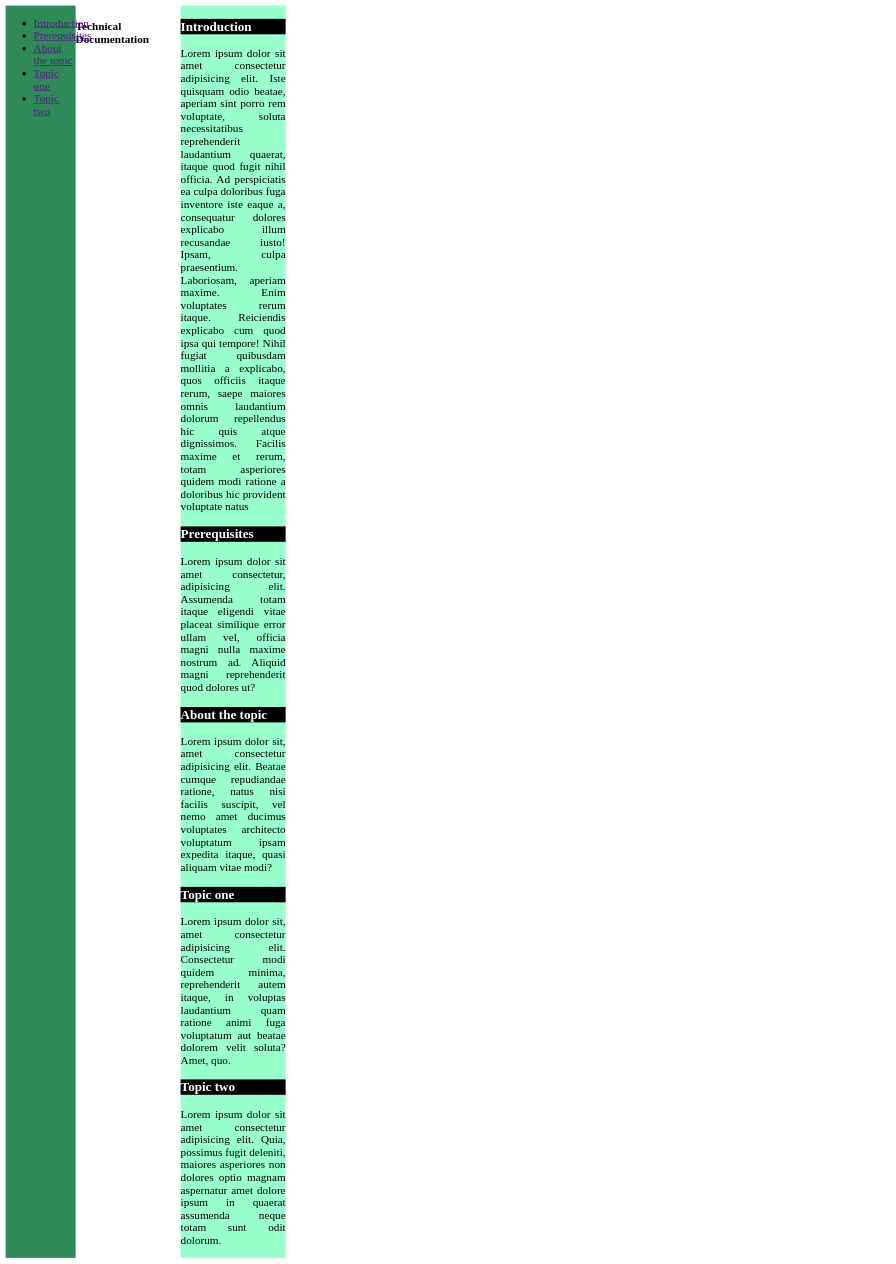
Repository: JoaoLemesDEV/Excercise-Tech-Documentation-Page
Page: index.html
These files come from the project's save history. The page is drawn as it stood at one moment and after a run of saves; the edit follows.
The browser window is 1280 px wide. The pictures show the part of the page from y = 0 to 1920 px (the page is 1805 px tall before and 2637 px after), at 70% of full size.

Above is the page before, as saved 2021-10-03 21:23:13.

### index.html
<!DOCTYPE html>
<html lang="en">
  <head>
    <meta charset="UTF-8" />
    <meta http-equiv="X-UA-Compatible" content="IE=edge" />
    <meta name="viewport" content="width=device-width, initial-scale=1.0" />
    <title>Technical Documentaion</title>
    <link rel="stylesheet" href="index.css" />
  </head>
  <body>
    <div class="wrapper">
      <header><h4>Technical Documentation<br></h4></header>
      <div id="menu">
        <nav>
          <ul>
            <li><a href="">Introduction</a></li>
            <li><a href="">Prerequisites</a></li>
            <li><a href="">About the topic</a></li>
            <li><a href="">Topic one</a></li>
            <li><a href="">Topic two</a></li>
          </ul>
        </nav>
      </div>
      <div id="contents">
        <section id="introduction">
          <h3 style="background: black; color: white">Introduction</h3>
          <p>
            Lorem ipsum dolor sit amet consectetur adipisicing elit. Iste
            quisquam odio beatae, aperiam sint porro rem voluptate, soluta
            necessitatibus reprehenderit laudantium quaerat, itaque quod fugit
            nihil officia. Ad perspiciatis ea culpa doloribus fuga inventore
            iste eaque a, consequatur dolores explicabo illum recusandae iusto!
            Ipsam, culpa praesentium. Laboriosam, aperiam maxime. Enim
            voluptates rerum itaque. Reiciendis explicabo cum quod ipsa qui
            tempore! Nihil fugiat quibusdam mollitia a explicabo, quos officiis
            itaque rerum, saepe maiores omnis laudantium dolorum repellendus hic
            quis atque dignissimos. Facilis maxime et rerum, totam asperiores
            quidem modi ratione a doloribus hic provident voluptate natus
          </p>
        </section>
        <section id="Prerequisites">
          <h3 style="background: black; color: white">Prerequisites</h3>
          <p>
            Lorem ipsum dolor sit amet consectetur, adipisicing elit. Assumenda
            totam itaque eligendi vitae placeat similique error ullam vel,
            officia magni nulla maxime nostrum ad. Aliquid magni reprehenderit
            quod dolores ut?
          </p>
        </section>
        <section id="about the topic">
          <h3 style="background: black; color: white">About the topic</h3>
          <p>
            Lorem ipsum dolor sit, amet consectetur adipisicing elit. Beatae
            cumque repudiandae ratione, natus nisi facilis suscipit, vel nemo
            amet ducimus voluptates architecto voluptatum ipsam expedita itaque,
            quasi aliquam vitae modi?
          </p>
        </section>
        <section id="topic one">
          <h3 style="background: black; color: white">Topic one</h3>
          <p>
            Lorem ipsum dolor sit, amet consectetur adipisicing elit.
            Consectetur modi quidem minima, reprehenderit autem itaque, in
            voluptas laudantium quam ratione animi fuga voluptatum aut beatae
            dolorem velit soluta? Amet, quo.
          </p>
        </section>
        <section id="topic two">
          <h3 style="background: black; color: white">Topic two</h3>
          <p>
            Lorem ipsum dolor sit amet consectetur adipisicing elit. Quia,
            possimus fugit deleniti, maiores asperiores non dolores optio magnam
            aspernatur amet dolore ipsum in quaerat assumenda neque totam sunt
            odit dolorum.
          </p>
        </section>
      </div>
    </div>
  </body>
</html>

### index.css
#menu{
background-color: seagreen;
grid-row-start: 1;
grid-row-end: 2;

}

.wrapper {
    display: grid;
    grid-template-columns: 100px 100px 200px;
    //grid-template-rows: 150px 150px;
}

#contents{
  background-color: cadetblue;
	margin-left: 25%;
	background: #9FC;
  text-align: justify;
}

After the next 4 saves:
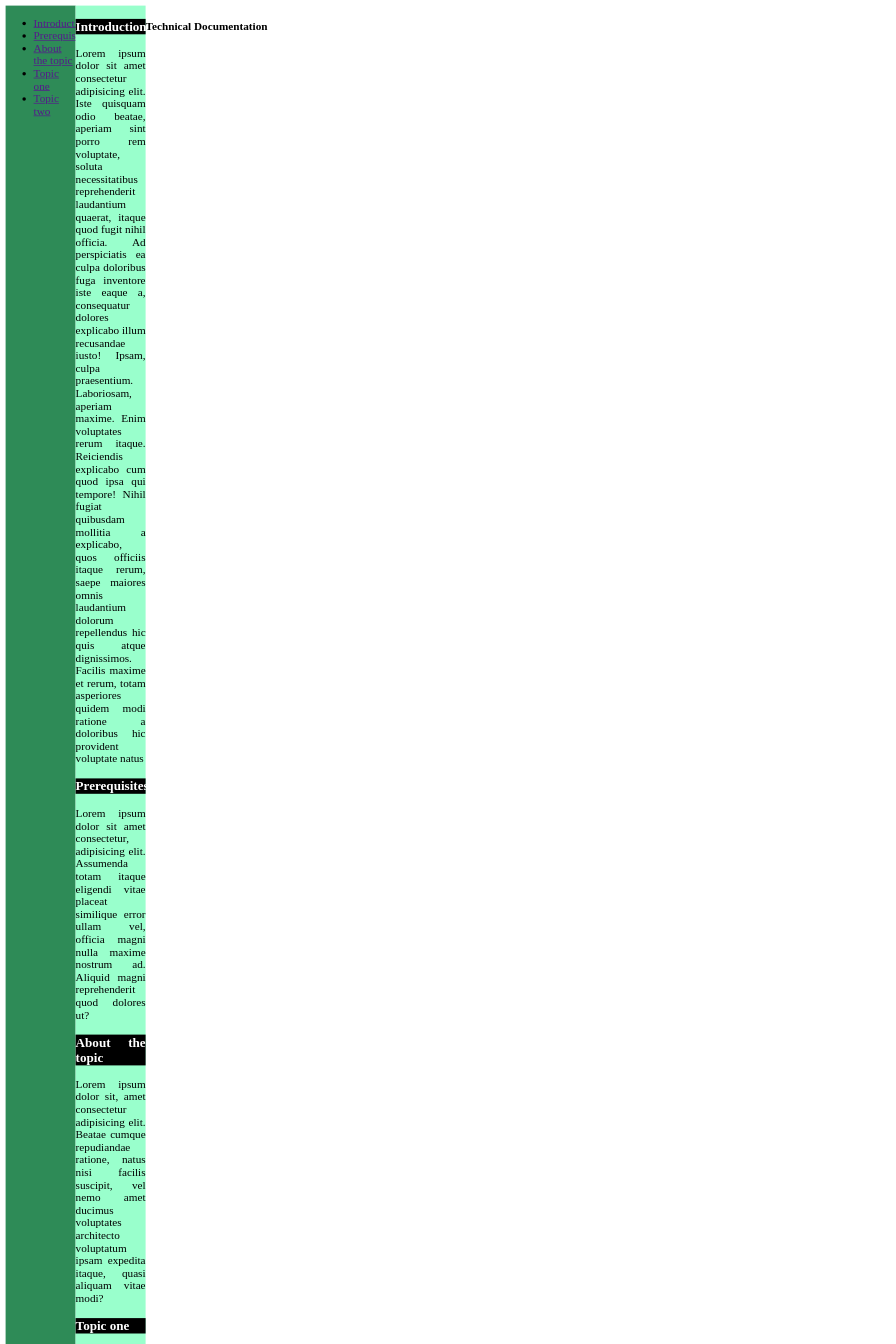
The 4 saves are shown as one change because they came seconds apart.
The last was saved 34 s later.
--- a/index.css
+++ b/index.css
@@ -13,7 +13,8 @@ grid-row-end: 2;
 
 #contents{
   background-color: cadetblue;
-	margin-left: 25%;
 	background: #9FC;
   text-align: justify;
+  grid-row-start: 1;
+  grid-row-end: 2;
 }
